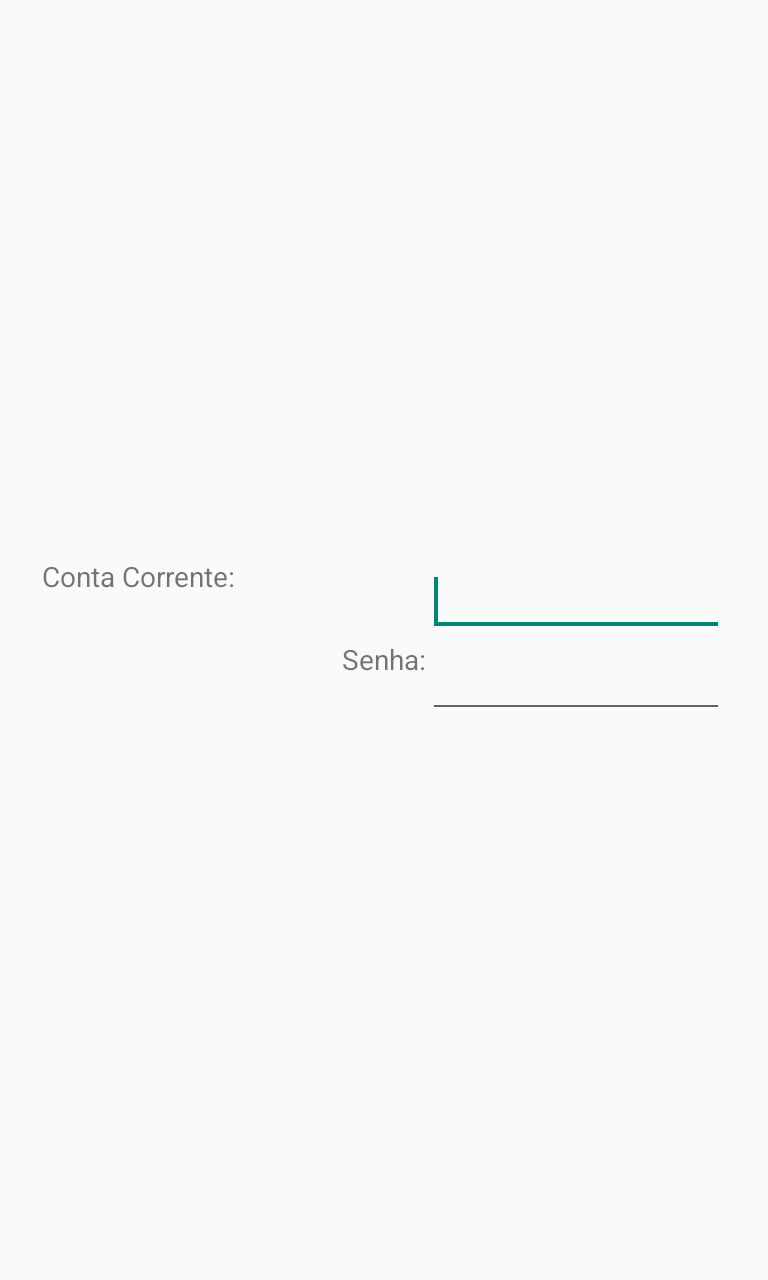
Repository: Desafio/Gerenciador-de-Conta-Corrente
Layout: GerenciadorDeConta/res/layout/fragment_login.xml
An editor plug-in stored every save of this project. The layout is shown before and after the next save, followed by the edit.
It is drawn on a 768 x 1280 px phone screen (xhdpi) without system bars, with theme AppTheme; the app's code is not run.

Above is the layout before, as saved 2014-04-05 04:05:11.

### GerenciadorDeConta/res/layout/fragment_login.xml
<RelativeLayout xmlns:android="http://schemas.android.com/apk/res/android"
    xmlns:tools="http://schemas.android.com/tools"
    android:layout_width="match_parent"
    android:layout_height="match_parent"
    android:paddingBottom="@dimen/activity_vertical_margin"
    android:paddingLeft="@dimen/activity_horizontal_margin"
    android:paddingRight="@dimen/activity_horizontal_margin"
    android:paddingTop="@dimen/activity_vertical_margin"
    tools:context="com.example.gerenciadordeconta.fragments.LoginActivity$PlaceholderFragment" >

    <LinearLayout
        android:layout_width="wrap_content"
        android:layout_height="wrap_content"
        android:layout_centerInParent="true"
        android:orientation="vertical"
        android:paddingLeft="5dp"
        android:paddingRight="5dp" >

        <RelativeLayout
            android:layout_width="wrap_content"
            android:layout_height="match_parent"
            android:orientation="horizontal" >

            <TextView
                android:layout_width="wrap_content"
                android:layout_height="wrap_content"
                android:text="@string/login_conta_corrente" />

            <EditText
                android:id="@+id/contaCorrente"
                android:layout_width="150dp"
                android:layout_height="wrap_content"
                android:layout_alignParentRight="true"
                android:inputType="text" >

                <requestFocus />
            </EditText>
        </RelativeLayout>

        <RelativeLayout
            android:layout_width="wrap_content"
            android:layout_height="match_parent" >

            <TextView
                android:layout_width="wrap_content"
                android:layout_height="wrap_content"
                android:text="@string/login_senha"
                android:layout_centerHorizontal="true" />

            <EditText
                android:id="@+id/senha"
                android:layout_width="150dp"
                android:layout_height="wrap_content"
                android:layout_alignParentRight="true"
                android:inputType="text" />
        </RelativeLayout>
    </LinearLayout>

</RelativeLayout>

### GerenciadorDeConta/res/values/strings.xml
<?xml version="1.0" encoding="utf-8"?>
<resources>

    <string name="app_name">GerenciadorDeConta</string>
    <string name="title_section1">Section 1</string>
    <string name="title_section2">Section 2</string>
    <string name="title_section3">Section 3</string>
    <string name="navigation_drawer_open">Open navigation drawer</string>
    <string name="navigation_drawer_close">Close navigation drawer</string>
    <string name="action_example">Example action</string>
    <string name="action_settings">Settings</string>
    <string name="title_activity_login">Login</string>
    <string name="hello_world">Hello world!</string>
    <string name="login_conta_corrente">Conta Corrente:</string>
    <string name="login_senha">Senha:</string>

</resources>

Loaded but not shown: GerenciadorDeConta/res/values/styles.xml (common file); GerenciadorDeConta/res/values-v11/styles.xml (common file); GerenciadorDeConta/res/values-v14/styles.xml (common file); GerenciadorDeConta/res/values/dimens.xml (common file); GerenciadorDeConta/res/values-w820dp/dimens.xml (common file)

After the next save:
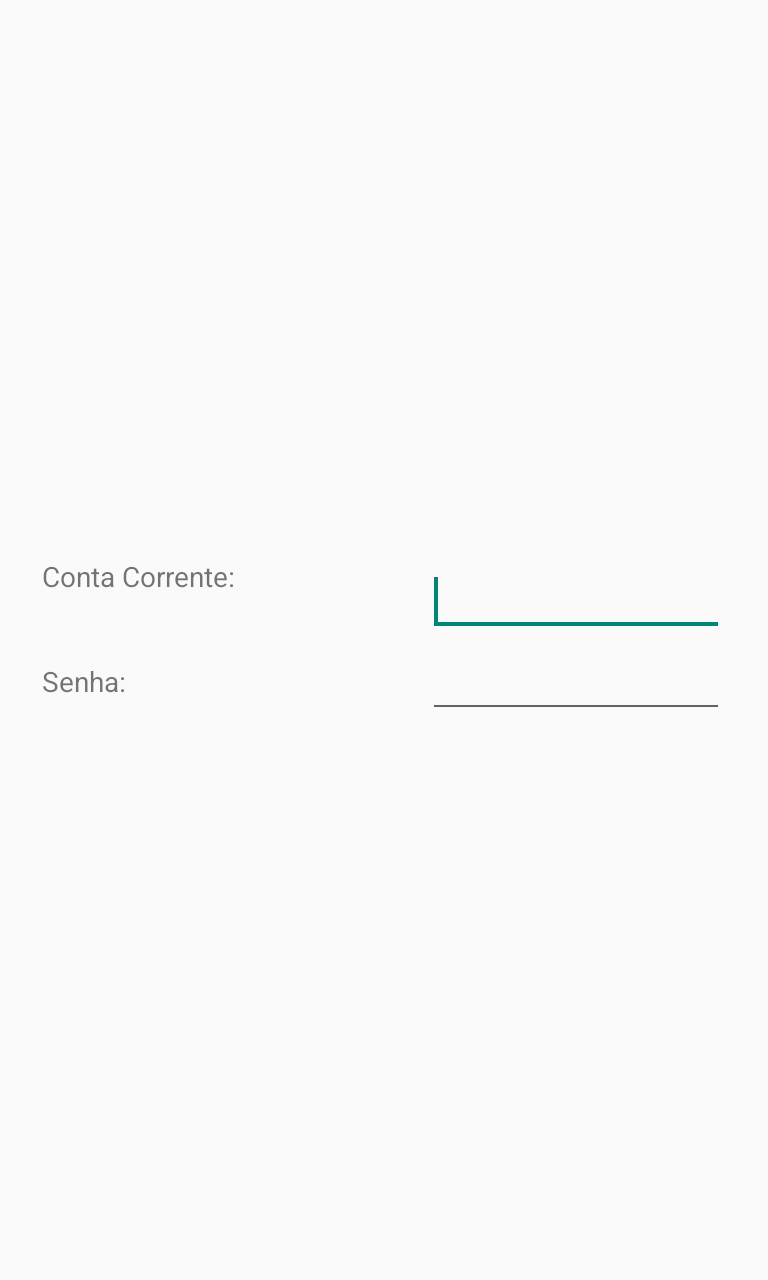
Saved 12 s later.
--- a/GerenciadorDeConta/res/layout/fragment_login.xml
+++ b/GerenciadorDeConta/res/layout/fragment_login.xml
@@ -45,7 +45,7 @@
                 android:layout_width="wrap_content"
                 android:layout_height="wrap_content"
                 android:text="@string/login_senha"
-                android:layout_centerHorizontal="true" />
+                android:layout_centerVertical="true" />
 
             <EditText
                 android:id="@+id/senha"
